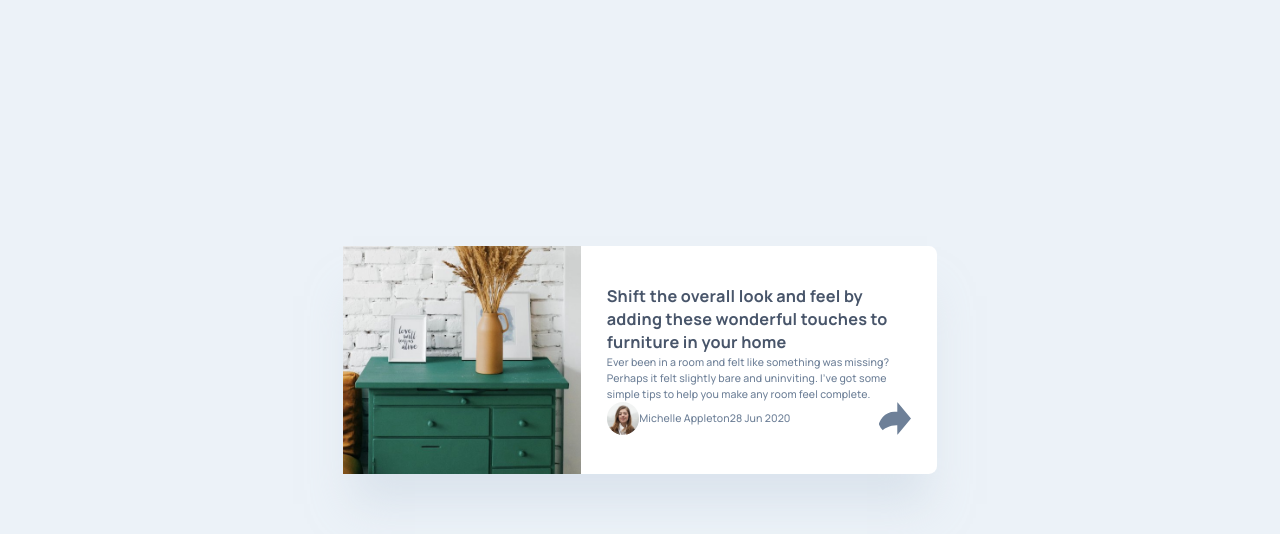
Repository: brandontaylor1/article-preview-component
Page: index.html
An editor plug-in stored every save of this project. The page is shown before and after the next save, followed by the edit.
The browser window is 1280 px wide. The pictures show the whole page.

Above is the page before, as saved 2025-01-13 22:08:33.

### index.html
<!DOCTYPE html>
<html lang="en">
<head>
    <meta charset="UTF-8">
    <meta name="viewport" content="width=device-width, initial-scale=1.0">
    <link rel="preconnect" href="https://fonts.googleapis.com">
    <link rel="preconnect" href="https://fonts.gstatic.com" crossorigin>
    <link href="https://fonts.googleapis.com/css2?family=Manrope:wght@200..800&display=swap" rel="stylesheet">
    <link rel="stylesheet" href="styles.css">
    <title>Article Preview Component</title>
</head>
<body>

    <div class="container">
        <main class="component">
            <div class="img-container">

            </div>
            <div class="component-content">
                <h2>Shift the overall look and feel by adding these wonderful touches to furniture in your home</h2>
                <p>Ever been in a room and felt like something was missing? Perhaps it felt slightly bare and uninviting. I’ve got some simple tips to help you make any room feel complete.</p>
                    <div class="social-box">
                        <div class="social-info">
                            <img src="./assets/images/avatar-michelle.jpg" alt="Picture of User Michelle">
                            <p>Michelle Appleton</p>
                            <p>28 Jun 2020</p>
                        </div>
                        <img src="./assets/images/icon-share.svg" alt="Share Icon">
                    </div>
                </div>
            </div>
        </main>
    </div>

    <script src="index.js"></script>
</body>
</html>

### styles.css
* {
    margin: 0;
    padding: 0;
    box-sizing: border-box;
}

:root {
    /* COLORS */
    --dark-grayish-blue: hsl(217, 19%, 35%);
    --desaturated-dark-blue: hsl(214, 17%, 51%);
    --grayish-blue: hsl(212, 23%, 69%);
    --light-grayish-blue: hsl(210, 46%, 95%);
}

html {
    font-size: 13px;
}

body {
    font-family: 'Nunito', sans-serif;
    background-color: var(--light-grayish-blue);
}

.container {
    height: 100vh;
    display: flex;
    justify-content: center;
    align-items: center;

}

.component {
    width: 45.625rem;
    height: 17.5rem;
    display: flex;
    align-items: center;
    justify-content: space-between;
    border-radius: 0.625rem;
    background: #FFF;
    box-shadow: 0px 40px 40px -10px rgba(201, 213, 225, 0.50);

}

.img-container {
    width: 21.87rem;
    height: 100%;
    display: flex;
    justify-content: center;
    align-items: center;
    background-image: url('./assets/images/drawers.jpg');
    background-size: cover;
    background-position: center;
    background-repeat: no-repeat;
}
/*
.img-container img {
    width: 100%;
    height: auto;
    border-radius: 0.625rem 0 0 0.625rem;
} */

.component-content {
    width: 32rem;
    padding: 0 2rem;
}

.component-content h2 {
    color: #48556A;
    font-family: Manrope;
    font-size: 1.25rem;
    font-style: normal;
    font-weight: 700;
    line-height: 1.75rem; /* 140% */
    letter-spacing: 0.01563rem;
    width: 100%;
}

.component-content p {
    color: #6E8098;
    font-family: Manrope;
    font-size: 0.8125rem;
    font-style: normal;
    font-weight: 500;
    line-height: 1.25rem; /* 153.846% */
    letter-spacing: 0.00763rem;
}

.social-box {
    display: flex;
    justify-content: space-between;
    align-items: center;
    width: 100%;
}

.social-info {
    display: flex;
    align-items: center;

}

.social-box img {
    width: 2.5rem;
    height: 2.5rem;
    border-radius: 50%;
}

Loaded but not shown: index.js (no stored copy; drawn as an empty file)

After the next save:
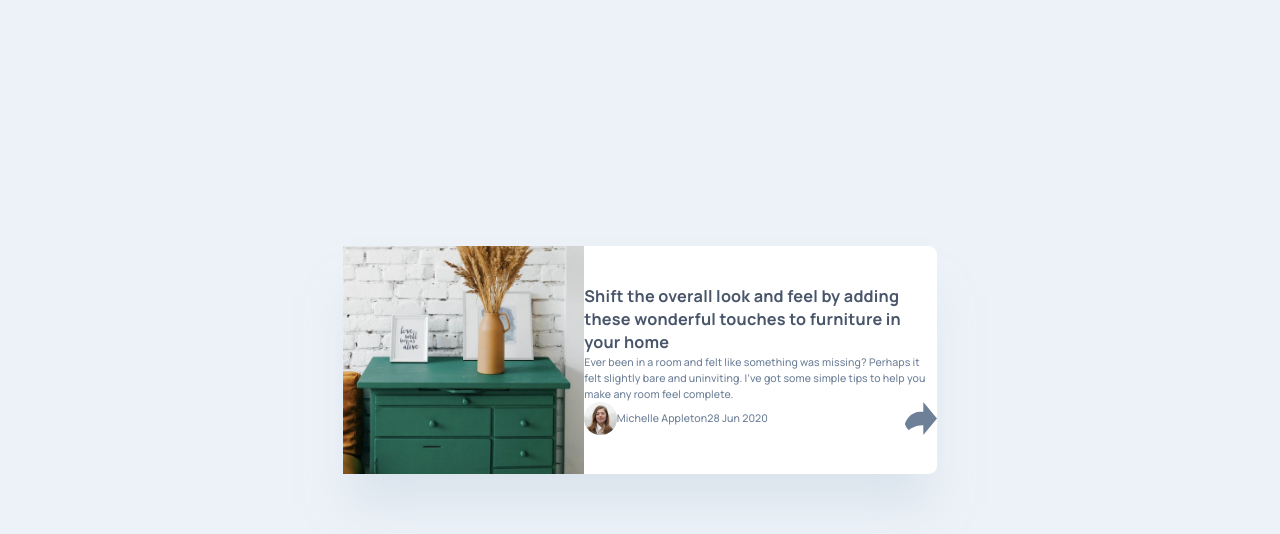
Saved 23 s later.
--- a/styles.css
+++ b/styles.css
@@ -61,7 +61,6 @@
 
 .component-content {
     width: 32rem;
-    padding: 0 2rem;
 }
 
 .component-content h2 {

After the save that followed:
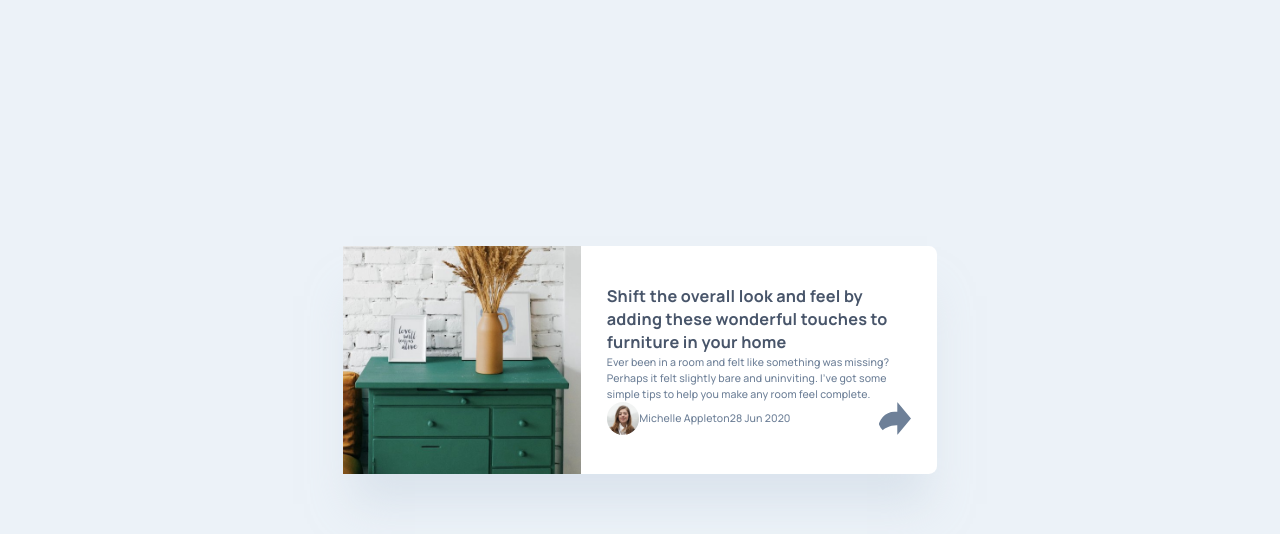
Saved 8 s later.
--- a/styles.css
+++ b/styles.css
@@ -61,6 +61,7 @@
 
 .component-content {
     width: 32rem;
+    padding: 2rem;
 }
 
 .component-content h2 {
